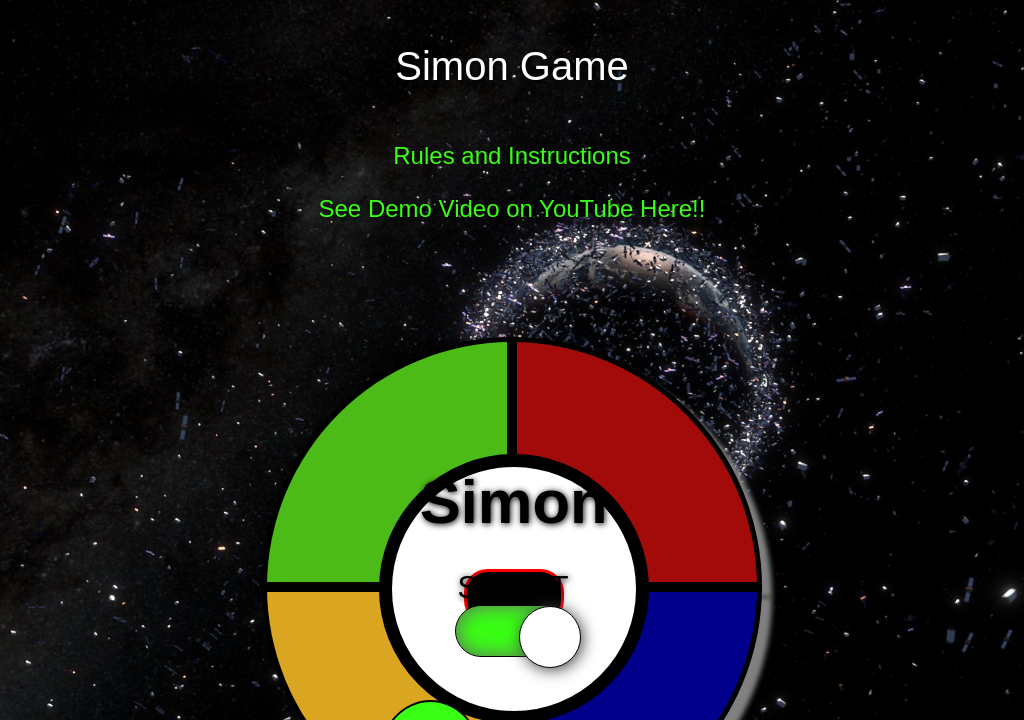
Repository: cgaynor91/Simon-Memory-Game
Page: index.html
The author's editor kept a record of every edit. The page is drawn from the files as they stood at one moment, then again after the next edit.
The browser window is 1024 px wide. The pictures show the whole page.
An inner scrolling area shows only its first screen. Some web fonts or font styles are not loaded; a fallback is used.

Above is the page before.

After the next edit:
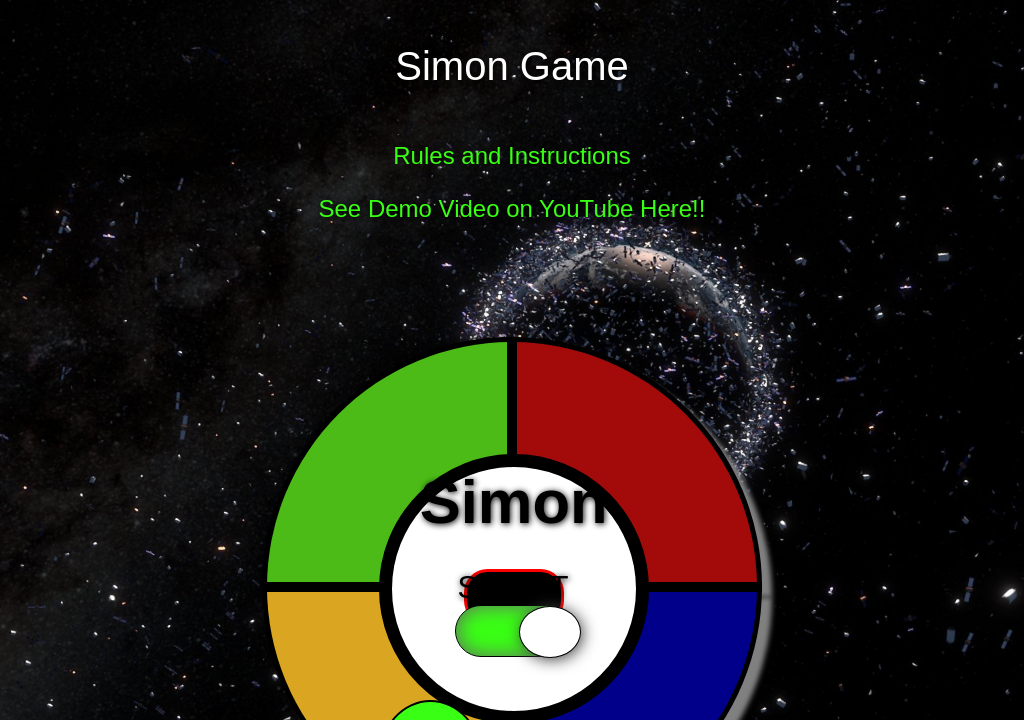
The edit:
--- a/assets/css/style.css
+++ b/assets/css/style.css
@@ -392,7 +392,7 @@
     box-shadow: inset 0 0 2vw rgb(103, 103, 103);
   }
   input[type="checkbox"]:before {
-    height: 6.1vw;
+    height: 5.1vw;
     width: 6.1vw;
   }
 
